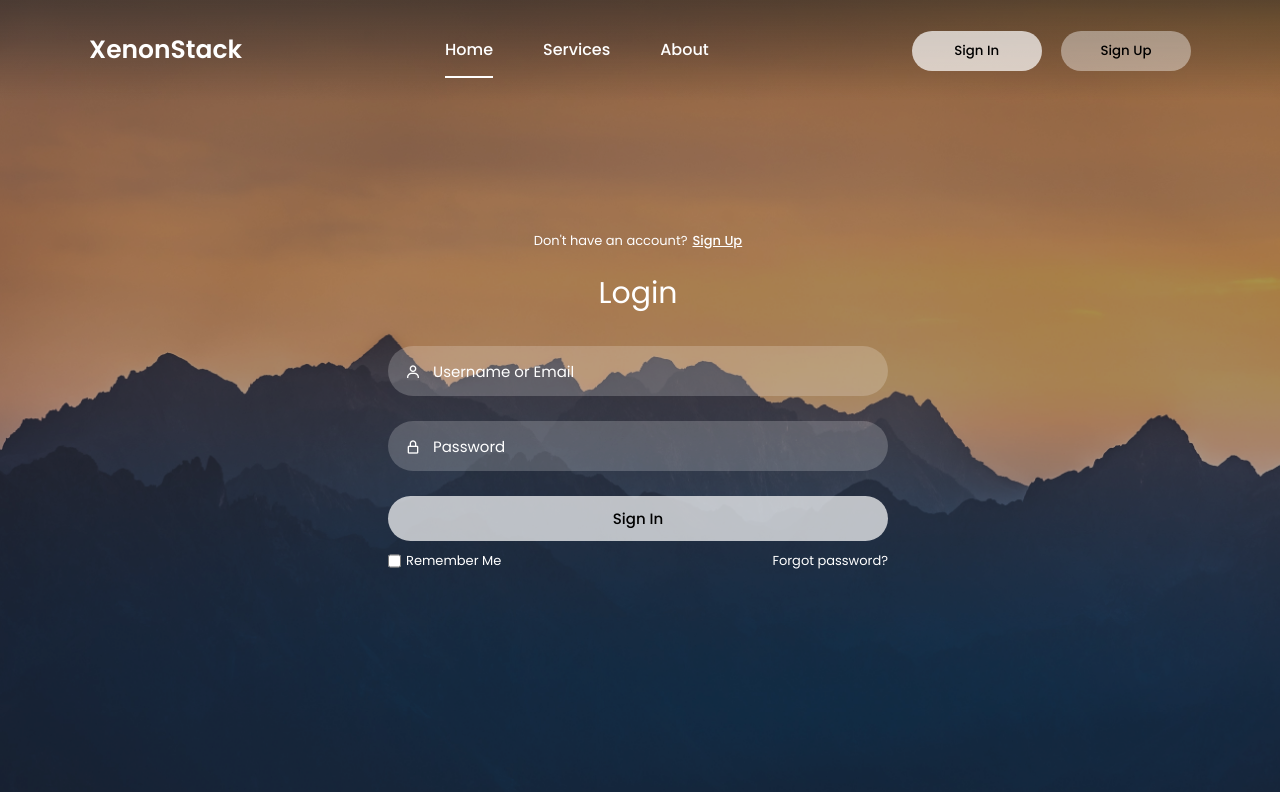
Repository: Abhikumar9061/Round2
Page: index.html
The author's editor kept a copy of each file at every save. The page is drawn from the files as they stood at one save, then again after the next save.
The browser window is 1280 px wide. The pictures show the whole page.
Backgrounds fixed to the window are drawn as part of the page.

Above is the page before, as saved 2024-01-10 11:48:57.

After the next save:
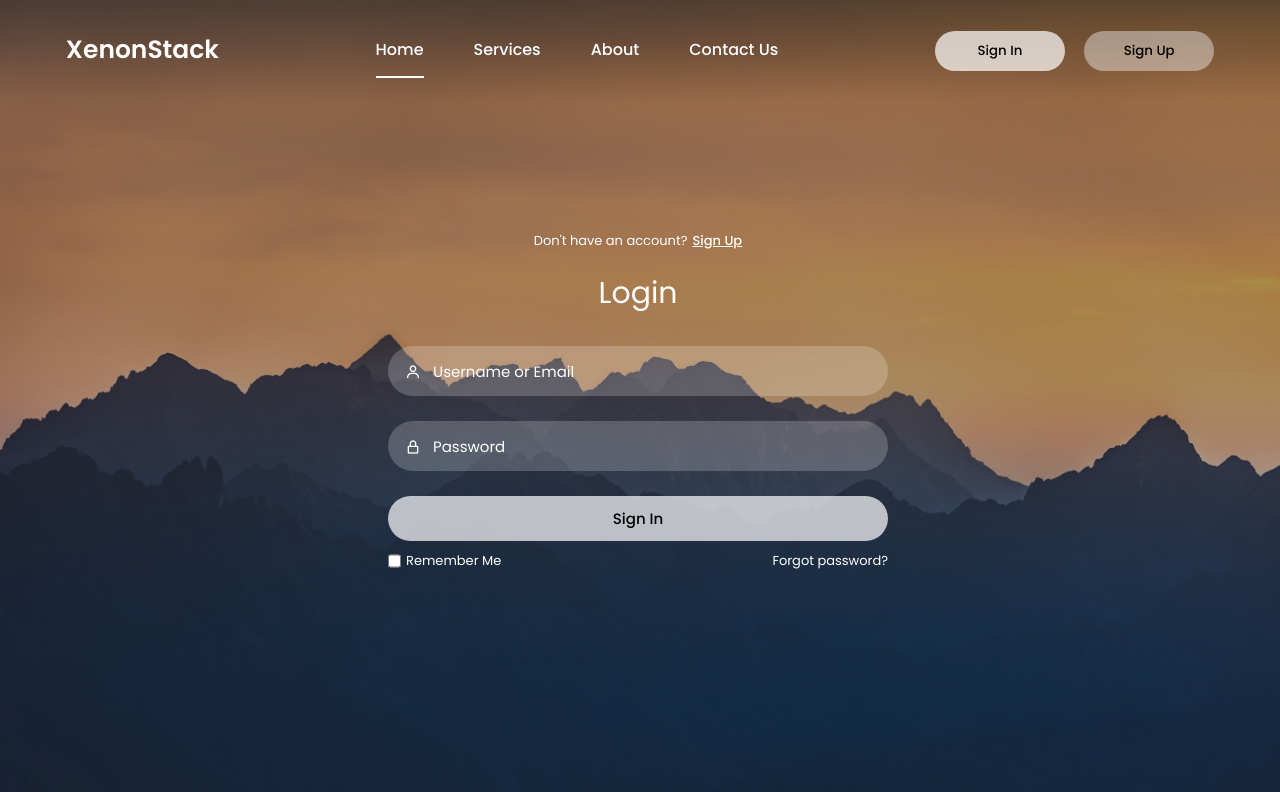
Saved 12 s later.
--- a/index.html
+++ b/index.html
@@ -22,6 +22,7 @@
             <li><a href="#" class="link active">Home</a></li>
             <li><a href="#" class="link">Services</a></li>
             <li><a href="#" class="link">About</a></li>
+            <li><a href="#" class="link">Contact Us</a></li>
           </ul>
         </div>
         <div class="nav-button">
